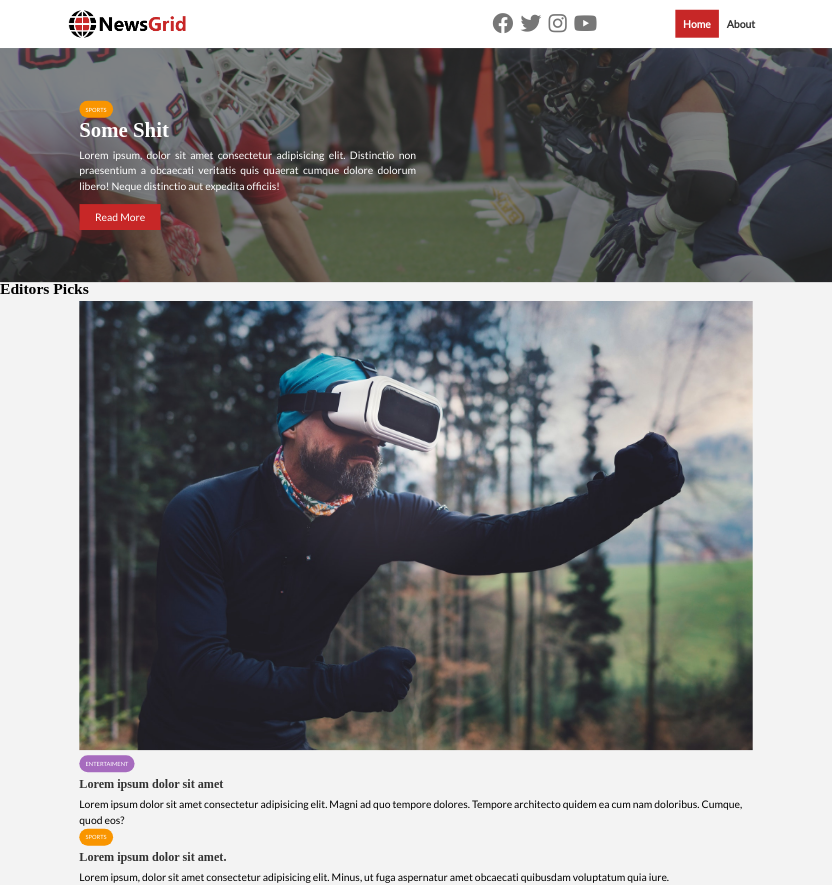
Repository: EswinGiova/NewsGrid
Page: index.html
The author's editor kept a copy of each file at every save. The page is drawn from the files as they stood at one save, then again after the next save.
The browser window is 1280 px wide. The pictures show the whole page, at 65% of full size.
Some web libraries are served in a nearby version.

Above is the page before, as saved 2020-09-19 20:26:05.

After the next save:
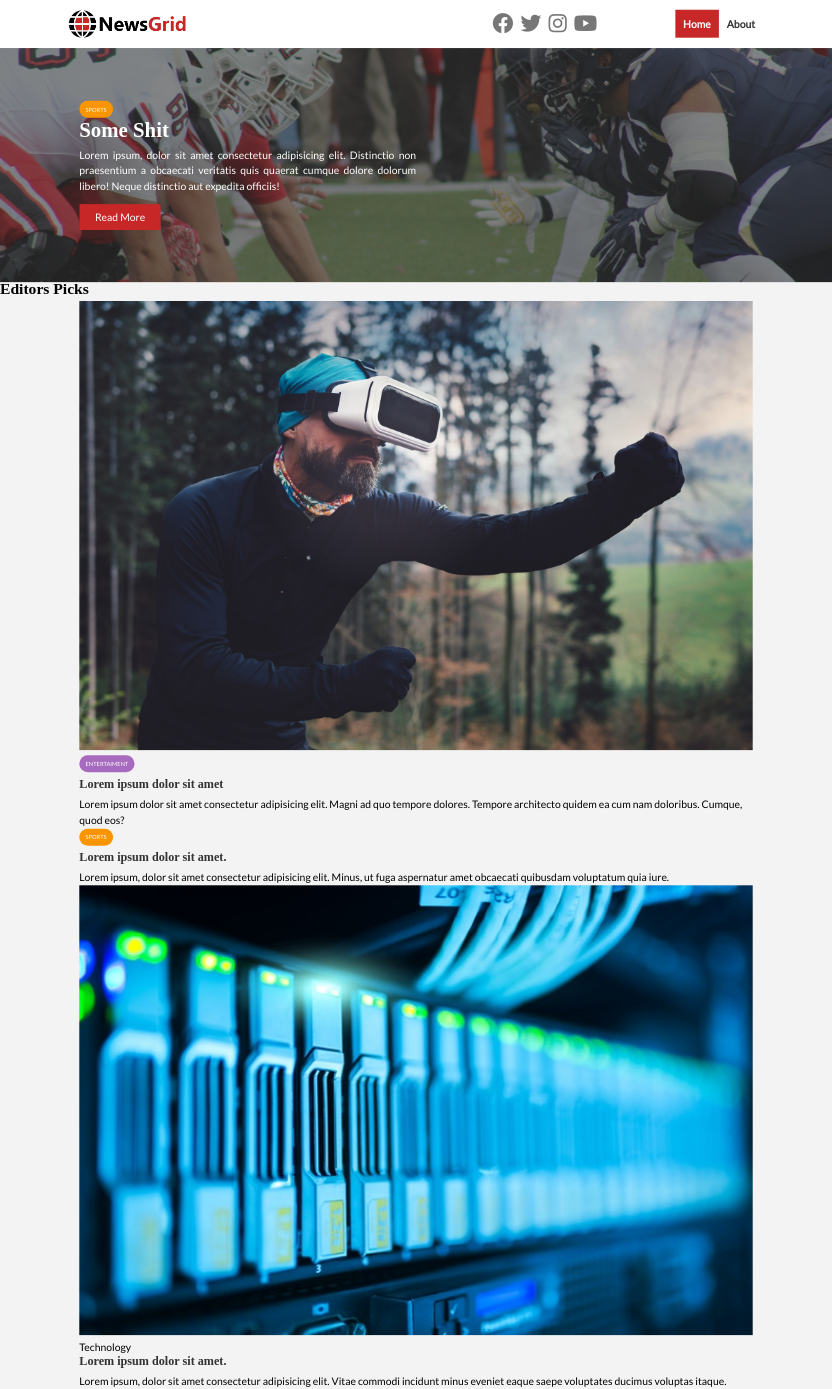
Saved 2 min 19 s later.
--- a/index.html
+++ b/index.html
@@ -88,6 +88,17 @@
             fuga aspernatur amet obcaecati quibusdam voluptatum quia iure.
           </p>
         </article>
+
+        <article class="card">
+          <img src="./image_resources/articles/tech1.jpg" alt="" />
+          <div class="category-category-tech">Technology</div>
+          <h3><a href="./article.html">Lorem ipsum dolor sit amet.</a></h3>
+          <p>
+            Lorem ipsum, dolor sit amet consectetur adipisicing elit. Vitae
+            commodi incidunt minus eveniet eaque saepe voluptates ducimus
+            voluptas itaque.
+          </p>
+        </article>
       </div>
     </section>
   </body>
